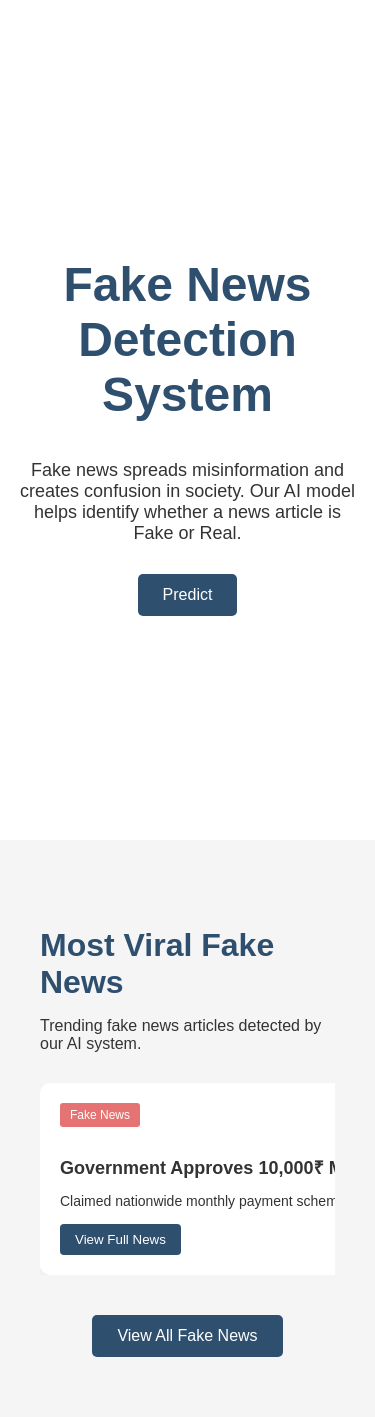
Repository: asadpathan2002-bot/Sprint1
Page: frontend/home.html
The author's editor kept a copy of each file at every save. The page is drawn from the files as they stood at one save, then again after the next save.
The browser window is 375 px wide. The pictures show the whole page.

Above is the page before, as saved 2026-02-22 00:27:47.

### frontend/home.html
<!DOCTYPE html>
<html lang="en">
<head>
<meta charset="UTF-8">
<meta name="viewport" content="width=device-width, initial-scale=1.0">
<title>Fake News Detection System</title>

<style>
body {
    margin: 0;
    font-family: Arial, sans-serif;
    background-color: #F5F5F5; /* Pale Gray */
    color: #333;
}

/* Hero Section */
.hero {
    height: 100vh;
    background-color: #FFFFFF; /* Off White */
    display: flex;
    flex-direction: column;
    justify-content: center;
    align-items: center;
    text-align: center;
    padding: 20px;
}

.hero h1 {
    font-size: 48px;
    margin-bottom: 20px;
    color: #2F4F6F; /* Dusty Blue */
}

.hero p {
    max-width: 600px;
    font-size: 18px;
    margin-bottom: 30px;
}

.hero button {
    padding: 12px 25px;
    font-size: 16px;
    border: none;
    background-color: #2F4F6F;
    color: white;
    border-radius: 5px;
    cursor: pointer;
}

.hero button:hover {
    background-color: #1f3a50;
}

/* Fake News Section */
.section {
    padding: 60px 40px;
}

.section h2 {
    font-size: 32px;
    margin-bottom: 10px;
    color: #2F4F6F;
}

.section p {
    margin-bottom: 30px;
}

/* Horizontal Scroll */
.card-container {
    display: flex;
    gap: 20px;
    overflow-x: auto;
    scroll-behavior: smooth;
}

.card-container::-webkit-scrollbar {
    display: none;
}

/* Card Style */
.card {
    min-width: 300px;
    background: #FFFFFF;
    border-radius: 10px;
    padding: 20px;
    box-shadow: 0 4px 8px rgba(0,0,0,0.05);
    flex-shrink: 0;
}

.tag {
    background-color: #E57373;
    color: white;
    padding: 5px 10px;
    border-radius: 3px;
    font-size: 12px;
    display: inline-block;
    margin-bottom: 10px;
}

.card h3 {
    font-size: 18px;
    margin-bottom: 10px;
}

.card p {
    font-size: 14px;
    margin-bottom: 15px;
}

.card button {
    background-color: #2F4F6F;
    color: white;
    border: none;
    padding: 8px 15px;
    border-radius: 4px;
    cursor: pointer;
}

.view-all {
    margin-top: 40px;
    text-align: center;
}

.view-all button {
    padding: 12px 25px;
    font-size: 16px;
    border: none;
    background-color: #2F4F6F;
    color: white;
    border-radius: 5px;
    cursor: pointer;
}

</style>
</head>

<body>

<!-- Hero Section -->
<div class="hero">
    <h1>Fake News Detection System</h1>
    <p>
        Fake news spreads misinformation and creates confusion in society.
        Our AI model helps identify whether a news article is Fake or Real.
    </p>
    <button onclick="window.location.href='predict.html'">
        Predict
    </button>
</div>

<!-- Most Viral Fake News Section -->
<div class="section">
    <h2>Most Viral Fake News</h2>
    <p>Trending fake news articles detected by our AI system.</p>

    <div class="card-container">

        <div class="card">
            <span class="tag">Fake News</span>
            <h3>Government Approves 10,000₹ Monthly Scheme for All Citizens</h3>
            <p>Claimed nationwide monthly payment scheme has gone viral on social media.</p>
            <button>View Full News</button>
        </div>

        <div class="card">
            <span class="tag">Fake News</span>
            <h3>NASA Confirms Alien Spaceship Landing in India</h3>
            <p>A viral video falsely claims extraterrestrial landing.</p>
            <button>View Full News</button>
        </div>

        <div class="card">
            <span class="tag">Fake News</span>
            <h3>Drinking Hot Water Cures All Diseases</h3>
            <p>Health misinformation spreading rapidly online.</p>
            <button>View Full News</button>
        </div>

        <div class="card">
            <span class="tag">Fake News</span>
            <h3>Bank Accounts Will Close If KYC Not Done Today</h3>
            <p>Fraud message circulating via WhatsApp groups.</p>
            <button>View Full News</button>
        </div>

        <div class="card">
            <span class="tag">Fake News</span>
            <h3>Free Laptops for All Students Announced</h3>
            <p>Fake government circular being shared online.</p>
            <button>View Full News</button>
        </div>

    </div>

    <div class="view-all">
        <button onclick="window.location.href='fake-news.html'">
            View All Fake News
        </button>
    </div>

</div>

</body>
</html>

After the next save:
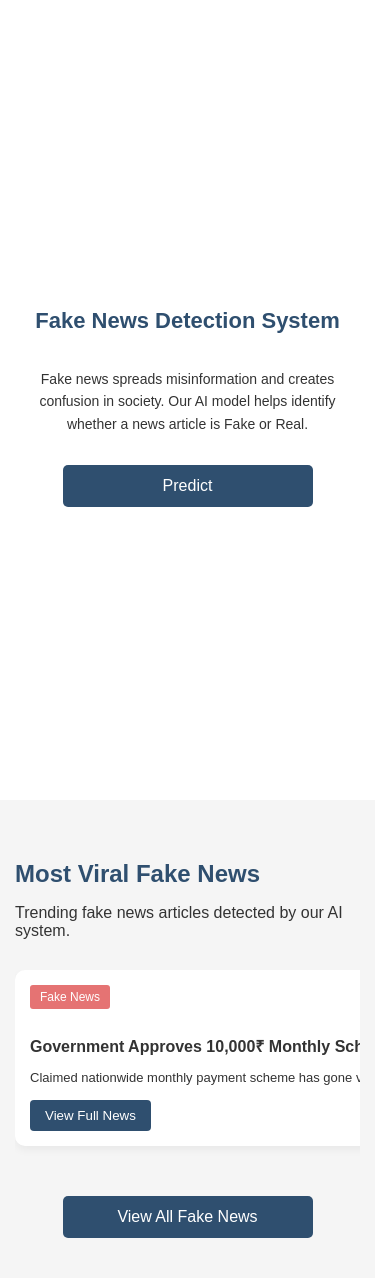
Saved 118 s later.
--- a/frontend/home.html
+++ b/frontend/home.html
@@ -4,8 +4,12 @@
 <meta charset="UTF-8">
 <meta name="viewport" content="width=device-width, initial-scale=1.0">
 <title>Fake News Detection System</title>
-
 <style>
+
+* {
+    box-sizing: border-box;
+}
+
 body {
     margin: 0;
     font-family: Arial, sans-serif;
@@ -15,14 +19,14 @@ body {
 
 /* Hero Section */
 .hero {
-    height: 100vh;
+    min-height: 100vh;
     background-color: #FFFFFF; /* Off White */
     display: flex;
     flex-direction: column;
     justify-content: center;
     align-items: center;
     text-align: center;
-    padding: 20px;
+    padding: 40px 20px;
 }
 
 .hero h1 {
@@ -35,6 +39,7 @@ body {
     max-width: 600px;
     font-size: 18px;
     margin-bottom: 30px;
+    line-height: 1.6;
 }
 
 .hero button {
@@ -51,7 +56,7 @@ body {
     background-color: #1f3a50;
 }
 
-/* Fake News Section */
+/* Section */
 .section {
     padding: 60px 40px;
 }
@@ -72,13 +77,14 @@ body {
     gap: 20px;
     overflow-x: auto;
     scroll-behavior: smooth;
+    padding-bottom: 10px;
 }
 
 .card-container::-webkit-scrollbar {
     display: none;
 }
 
-/* Card Style */
+/* Card */
 .card {
     min-width: 300px;
     background: #FFFFFF;
@@ -130,6 +136,83 @@ body {
     color: white;
     border-radius: 5px;
     cursor: pointer;
+}
+
+/* ===================== */
+/* RESPONSIVE DESIGN */
+/* ===================== */
+
+/* Tablets */
+@media (max-width: 1024px) {
+    .hero h1 {
+        font-size: 36px;
+    }
+
+    .hero p {
+        font-size: 16px;
+    }
+
+    .section {
+        padding: 50px 25px;
+    }
+}
+
+/* Mobile */
+@media (max-width: 768px) {
+
+    .hero {
+        padding: 60px 15px;
+    }
+
+    .hero h1 {
+        font-size: 28px;
+    }
+
+    .hero p {
+        font-size: 15px;
+    }
+
+    .section {
+        padding: 40px 15px;
+    }
+
+    .section h2 {
+        font-size: 24px;
+    }
+
+    .card {
+        min-width: 250px;
+        padding: 15px;
+    }
+
+    .card h3 {
+        font-size: 16px;
+    }
+
+    .card p {
+        font-size: 13px;
+    }
+
+    .hero button,
+    .view-all button {
+        width: 100%;
+        max-width: 250px;
+    }
+}
+
+/* Small Mobile */
+@media (max-width: 480px) {
+    .hero h1 {
+        font-size: 22px;
+    }
+
+    .hero p {
+        font-size: 14px;
+    }
+
+    .card {
+        min-width: 220px;
+    }
 }
 
 </style>
